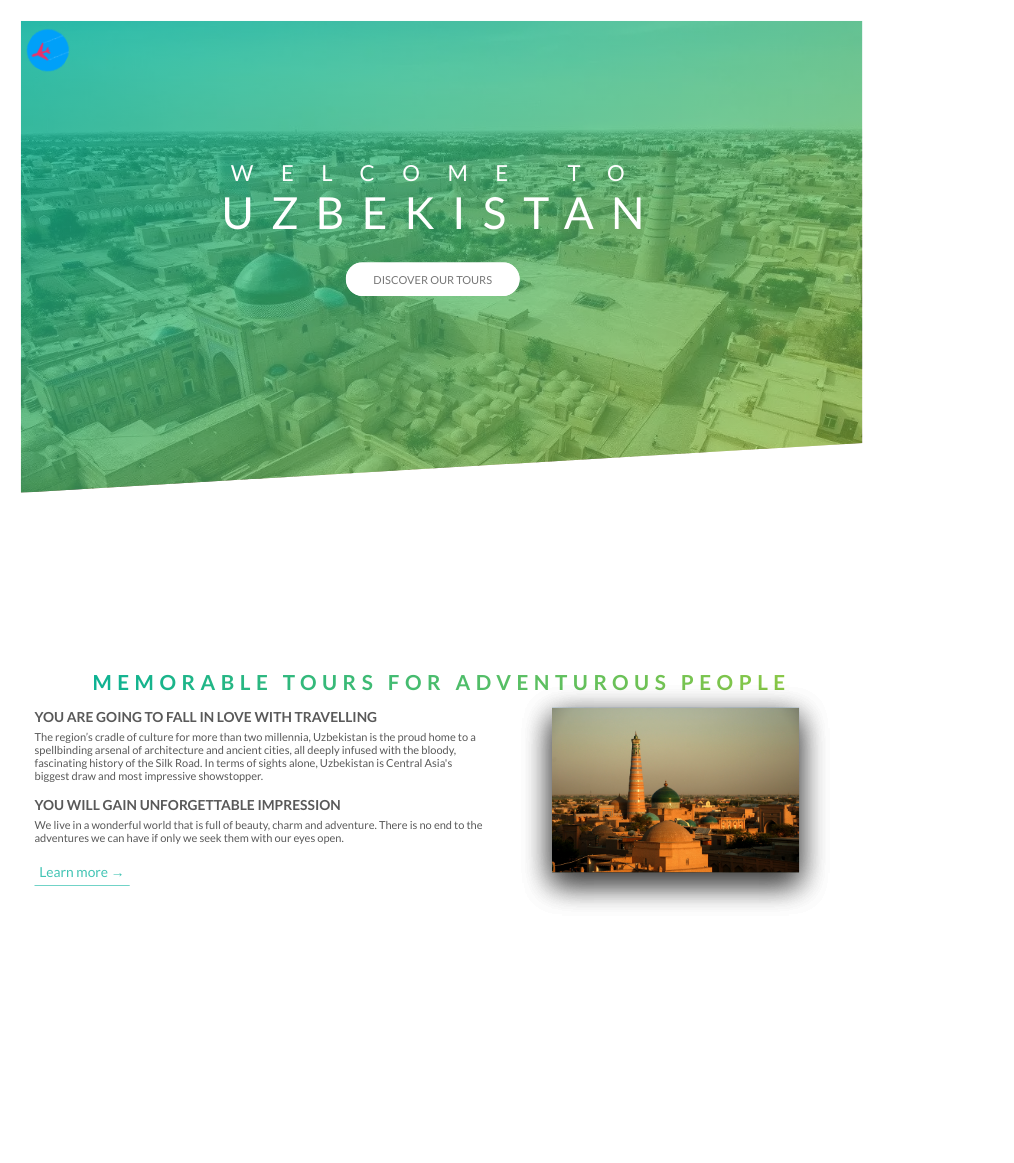
Repository: bmbrdr/UzTours
Page: index.html
The author's editor kept a copy of each file at every save. The page is drawn from the files as they stood at one save, then again after the next save.
The browser window is 1280 px wide. The page is 1470 px wide, so the pictures cover 1470 px, including what lies to the right of the window. The pictures show the whole page, at 69% of full size.
The style sheet was rebuilt from its Sass, Less or Tailwind sources for each picture, by a compiler version that may differ from the author's.

Above is the page before, as saved 2021-08-09 14:53:41.

### index.html
<!DOCTYPE html>
<html lang="en">
<head>
    <meta charset="UTF-8">
    <meta http-equiv="X-UA-Compatible" content="IE=edge">
    <meta name="viewport" content="width=device-width, initial-scale=1.0">
    <link rel="stylesheet" href="style/style.css">
    <link rel="preconnect" href="https://fonts.googleapis.com">
<link rel="preconnect" href="https://fonts.gstatic.com" crossorigin>
<link href="https://fonts.googleapis.com/css2?family=Lato:ital,wght@0,300;0,400;0,700;1,300;1,400;1,700&        display=swap" rel="stylesheet">
    <title>Uztours</title>
</head>

<body>
    <header class="heading">
    <div class="header__logo-box">
        <a href="index.html">
            <img src="style/logo.png" alt="The logo" class="header__logo" style="animation:cubic-bezier(0.6, 0.04, 0.98, 0.335);">
        </a>
    </div>
    <div class="header__text-box">
        <h1 class="heading-primary">
        <span class="heading-primary--main">Welcome to</span>
        <span class="heading-primary--sub">Uzbekistan</span>
        </h1>
        <a href="#" class="btn btn--white btn--animated pos-btn">Discover our tours </a>
    </div>
    </header>
    <section class="section-about">
        <div class="u-text-center u-text-up">
            <h2 class="heading-secondary">
                memorable tours for adventurous people
            </h2>
        </div>
        <div class="row">
            <div class="col-1-of-2">
                <h3 class="heading-tertiary u-text-up u-margin-bot-small">you are going to fall in love with travelling</h3>
                <p class="paragraph u-margin-bot-mid">The region’s cradle of culture for more than two millennia, Uzbekistan is the proud home to a spellbinding arsenal of architecture and ancient cities, all deeply infused with the bloody, fascinating history of the Silk Road. In terms of sights alone, Uzbekistan is Central Asia's biggest draw and most impressive showstopper.</p>
                <h3 class="heading-tertiary u-text-up u-margin-bot-small">you will gain unforgettable impression</h3>
                <p class="paragraph u-margin-bot-mid">We live in a wonderful world that is full of beauty, charm and adventure. There is no end to the adventures we can have if only we seek them with our eyes open.</p>
                <a href="#" class="btn-text u-text-size">Learn more &rarr;</a>
            </div>
            <div class="col-1-of-2">
                <div class="composition">
                    <img src="style/Amir-Temur-Mosque.jpg" alt="" class="composition__photo composition__photo--">
                    <img src="style/Samarkand-Walls.jpg" alt="" class="composition__photo composition__photo--">
                    <img src="style/photo.jpg" alt="" class="composition__photo composition__photo--">
                </div>

            </div>
        </div>
    </section>













   <!-- <section class="test-grid, u-text-about">
        <div class="row">
            <div class="col-1-of-2">Colum 1</div>
            <div class="col-1-of-2">Colum 1</div>
        </div>
        <div class="row">
            <div class="col-1-of-3">Colum 2</div>
            <div class="col-1-of-3">Colum 2</div>
            <div class="col-1-of-3">Colum 2</div>
        </div>
        <div class="row">
            <div class="col-1-of-3">Colum 3</div>
            <div class="col-2-of-3">Colum 3</div>
        </div>
        <div class="row">
            <div class="col-1-of-4">Colum 4</div>
            <div class="col-1-of-4">Colum 4</div>
            <div class="col-1-of-4">Colum 4</div>
            <div class="col-1-of-4">Colum 4</div>
        </div>
        <div class="row">
            <div class="col-1-of-4">Colum 5</div>
            <div class="col-1-of-4">Colum 5</div>
            <div class="col-2-of-4">Colum 5</div>
        </div>
        <div class="row">
            <div class="col-1-of-4">Colum 6</div>
            <div class="col-3-of-4">Colum 6</div>
        </div>
    </section> -->
</body>
</html>

### style/style.scss

@import 'abstracts/variables';
@import 'abstracts/mixins';
@import 'abstracts/functions';
@import 'abstracts/extends';

@import 'base/base';
@import 'base/typography';
@import 'base/animations';
@import 'base/utility';

@import 'layout/header';
@import 'layout/grid';

@import 'components/buttons';
@import 'components/images';

@import 'pages/page';

@import 'utility/utility';

### style/abstracts/_variables.scss
$color-primary: #fefaa9;
$color-primary-light: #00b09bbe;
$color-primary-dark: #96c93dc0;
$color-white: #fff;
$color-sunset-gray: #fff;
$color-dark-grey: #777;
$color-black: #000;
$color-orange: rgb(252, 155, 28);
$grid-width: 144rem;
$vertical-gutter:8rem;
$horizontal-gutter:6rem;

### style/abstracts/_mixins.scss
@mixin clearfix {
    &::after{
        content: "";
        clear: both;
        display: table-co;
    }
}

### style/abstracts/_functions.scss
// some of them

### style/abstracts/_extends.scss
%btn_focus{
    outline: none;
    transform: translateY(-.1rem);
    box-shadow: rgba($color-black, 0.2) 0 0.5rem 1rem;
}
%btn{
    text-decoration: none;
    display: inline-block;
    padding: 1.5rem 4rem;
    border-radius: 10rem;
    text-transform: uppercase;
    transition: all .2s;
    position:absolute;
    top: 15rem;
    left:18rem;
    border: none;
    cursor: pointer;
}

### style/base/_base.scss
*{
    margin: 0;
    padding: 0;
    box-sizing: border-box;}

html{
    font-size: 62.5%;}

body{
    font-family: 'Lato', sans-serif;
    font-size: 1.6rem;
    padding: 3rem;}

### style/base/_typography.scss
.heading-primary{
    &--main {
        display: block;
        font-size: 100%;
        font-weight: 400;
        letter-spacing: 4rem;
        animation: MoveInLeft 2s;
    }
    &--sub {
        display: block;
        font-size: 200%;
        font-weight: 400;
        letter-spacing: 2.5rem;
        animation: MoveInRight 2s;}
}
.heading-secondary{
    letter-spacing: .8rem;
    font-weight: 800;
    font-size: 3rem;
    background-clip: text;
    -webkit-background-clip: text;
    color:transparent;
    background-image:linear-gradient(to right,
    rgba($color-primary-light, 1),
    rgba($color-primary-dark, 1));

    transition:all 1s;

    &:hover{
        transform:skewX(10deg) skewY(2deg) scale(1.5);
       }

}
.heading-tertiary{
    font-weight: 600;
    font-size: 2rem;
}

.heading-tertiary, .paragraph{
    color: #595959;
}

### style/base/_animations.scss
        @keyframes MoveInLeft {
            0% {
                opacity: 0;
                transform: translate(-10rem) rotateX(120deg);
        }

            80%{
                transform: translate(1rem);
            }
            100% {
            opacity: 1;
            transform: translate(0);
        }
        }


        @keyframes MoveInRight {
            0%{
                opacity: 0;
                transform: translate(10rem) rotateX(-120deg);
            }
            80% {
                transform: translate(-1rem);
            }
            100%{
                opacity: 1;
                transform: translate(0);
            }

        }



        @keyframes MoveInBot {
            0%{
                opacity: 0;
                transform: translateY(5rem)
            }
            100%{
                opacity: 1;
                transform: translateY(0);
            }

        }



         @keyframes ForLogo{
            0%{
                transform: rotate(0deg)
                    }
            100%{
                transform: rotate(360deg)
            }
         }

### style/base/_utility.scss
.u-text-center{
    text-align:center;
}
.u-text-up{
    text-transform: uppercase;
}
.u-margin-bot-big{
    margin-bottom: 8rem;
}
.u-margin-bot-mid{
    margin-bottom: 2rem;
}
.u-margin-bot-small{
    margin-bottom: .8rem;
}
.u-text-size{
    font-size: 2rem;
}

### style/layout/_header.scss

.heading{
    height: 95vh;
    background-image:linear-gradient(to right bottom,
    rgba($color-primary-light, 0.8),
    rgba($color-primary-dark, 0.6)),
     url(background.jpg);
    background-size: cover;
    background-position: top;
    clip-path: polygon(0 0, 100% 0, 100% 85vh, 0 100%);

    &-primary {
        text-transform: uppercase;
        color: $color-white; }}

    .header{

    &__text-box {
            position: absolute;
            top: 40%;
            left: 50%;
            transform: translate(-50%, -50%);
            text-align: center}

    &__logo-box {
        position: absolute;
        top: 4rem;
        left: 4rem;
        animation: ForLogo 1.5s infinite;}

    &__logo {
        height: 6rem;
        width: 6rem;}}

### style/layout/_grid.scss
.row{
    width: $grid-width;
    // background-color: #eee;
    margin: 0 auto;

   &:not(:last-child){
     margin-bottom: $vertical-gutter;

    }
    @include clearfix;}



  [class^=col-]{
    float:left;
    // background-color: $color-orange;
    padding: 2rem;
    &:not(:last-child){
      margin-right: $horizontal-gutter;
    }

  }
  .col-1-of-2{
    width: calc( (100% - #{$horizontal-gutter}) / 2);
  }
  .col-1-of-3{
    width: calc( (100% - 2 * #{$horizontal-gutter}) / 3);
  }
  .col-2-of-3{
    width: calc(2 * ( (100% - 2 * #{$horizontal-gutter}) / 3) + #{$horizontal-gutter});
  }
  .col-1-of-4{
    width: calc( (100% - 3 * #{$horizontal-gutter}) / 4);
  }
  .col-2-of-4{
    width: calc(2 * ( (100% - 3 * #{$horizontal-gutter}) / 4) + #{$horizontal-gutter});
    }
  .col-3-of-4{
    width: calc(3 * ( (100% - 3 * #{$horizontal-gutter}) / 4) + 2 * #{$horizontal-gutter});
  }

### style/components/_buttons.scss
.btn{
    &:link, &:visited{
        text-decoration: none;
        display: inline-block;
        padding: 1.5rem 4rem;
        border-radius: 10rem;
        text-transform: uppercase;
        transition: all .2s;
        position:absolute;
        top: 15rem;
        left:18rem;
        border: none;
        cursor: pointer;
    }

    &--animated {
    animation: MoveInBot .5s ease-out .75s;
    animation-fill-mode: backwards; }

    &--white {
    color: #777;
    background-color: $color-white;

    &::after {
        background-color: $color-white; }}




  &:hover {
    transform: translateY(-.3rem);
    box-shadow: rgba($color-black, 0.2) 0 1rem 2rem;

    &::after {
        transform: scaleX(1.4) scaleY(1.6);
        opacity: 0; }}


  &:active, &:focus {
      outline: none;
      transform: translateY(-.1rem);
      box-shadow: rgba($color-black, 0.2) 0 0.5rem 1rem;
     }

  &::after {
    content: "";
    height: 100%;
    width: 100%;
    border-radius: 10rem;
    display: inline-block;
    position: absolute;
    top: 0;
    left: 0;
    z-index: -1;
    transition: all .4s; }
  }

.btn-text{
   &:link, &:visited{
    position: absolute; // Warning!! If you forget this command, you won't have transform animations! //
     display: inline;
     text-decoration: none;
     color: $color-primary-light;
     padding: .7rem;
     border-bottom: $color-primary-light solid 1px ;
    transition: all .2s;


   }
 &:hover{
   transform: translateY(-3px);
   background-color: $color-primary-light;
   color:$color-white;
   box-shadow: 0 1rem 2rem rgba(0, 0, 0, 0.2);
 }
&:focus{
  transform: translateY(0);
  box-shadow:  0 .5rem 1rem rgba(0, 0, 0, 0.2);
}
}

### style/components/_images.scss
.composition {
    position: relative;

    &__photo {
      width: 55%;
      box-shadow: 0 1.5rem 4rem rgba(0, 0, 0, 0.4);
      z-index: 10;
      position: absolute;
      outline-offset: 1.2rem;
      transition: all .2s;

    &--1{
      left:10rem;
    }}
    }

### style/pages/_page.scss
.section-about{
    margin: 25rem auto;
    background-color: $color-sunset-gray;
    padding: 40rem 0;
    margin-top: -20vh;
}

### style/utility/_utility.scss
.u-text-about{
    text-align: center;
}

After the next save:
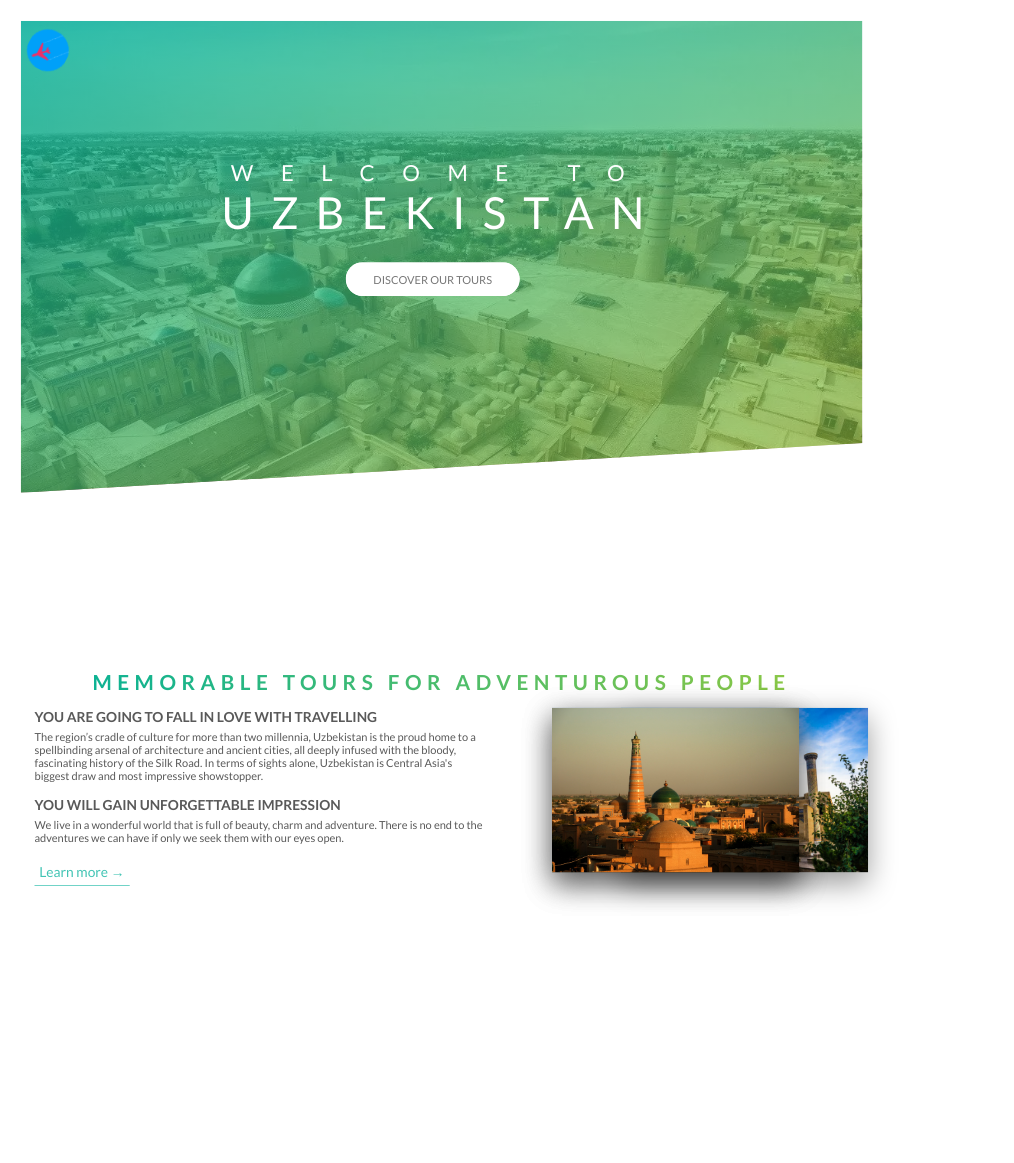
Saved 10 s later.
--- a/index.html
+++ b/index.html
@@ -42,9 +42,9 @@
             </div>
             <div class="col-1-of-2">
                 <div class="composition">
-                    <img src="style/Amir-Temur-Mosque.jpg" alt="" class="composition__photo composition__photo--">
-                    <img src="style/Samarkand-Walls.jpg" alt="" class="composition__photo composition__photo--">
-                    <img src="style/photo.jpg" alt="" class="composition__photo composition__photo--">
+                    <img src="style/Amir-Temur-Mosque.jpg" alt="" class="composition__photo composition__photo--1">
+                    <img src="style/Samarkand-Walls.jpg" alt="" class="composition__photo composition__photo--2">
+                    <img src="style/photo.jpg" alt="" class="composition__photo composition__photo--3">
                 </div>
 
             </div>
